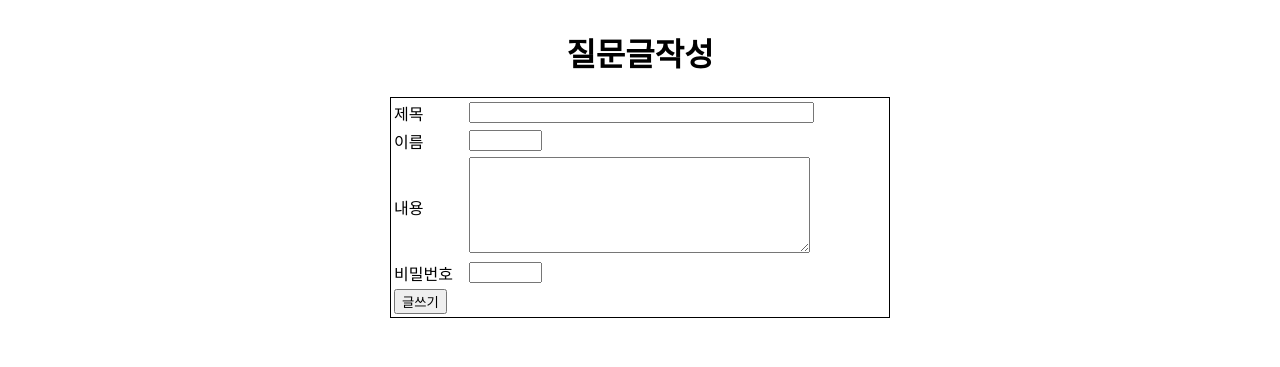
Repository: shbaksa/study
Page: http://localhost/mw_0620/qna/write.jsp
These files come from the project's save history. The page is drawn as it stood at one moment and after the next save; the edit follows.
The browser window is 1280 px wide. The pictures show the whole page.
The page is served by Tomcat 9.

Above is the page before, as saved 2022-06-20 01:17:16.

After the next save:
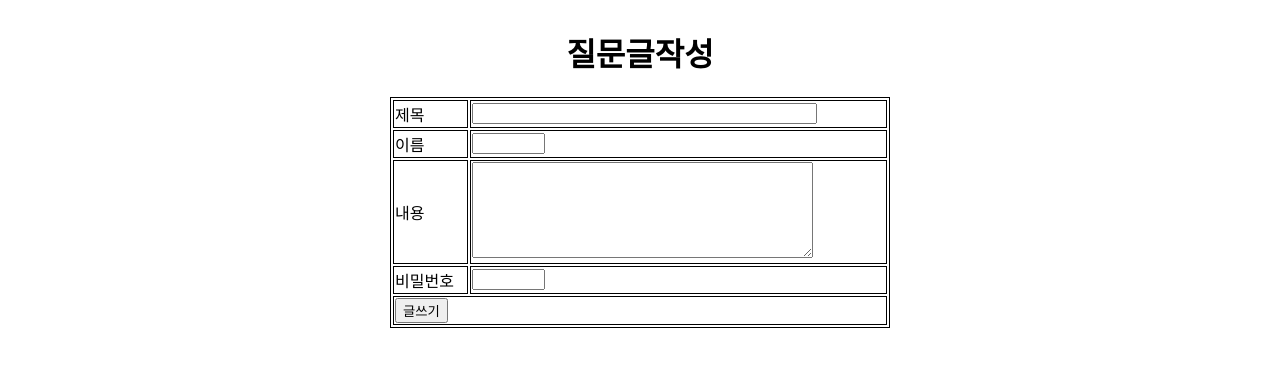
Saved 25 s later.
--- a/mw_0620/src/main/webapp/qna/write.jsp
+++ b/mw_0620/src/main/webapp/qna/write.jsp
@@ -8,6 +8,12 @@
 <style>
 	table {
 		border :  1px solid black;
+	}
+	td {
+		border : 1px solid black;
+	}
+	tr {
+		border : 1px solid black;
 	}
 </style>
 </head>
